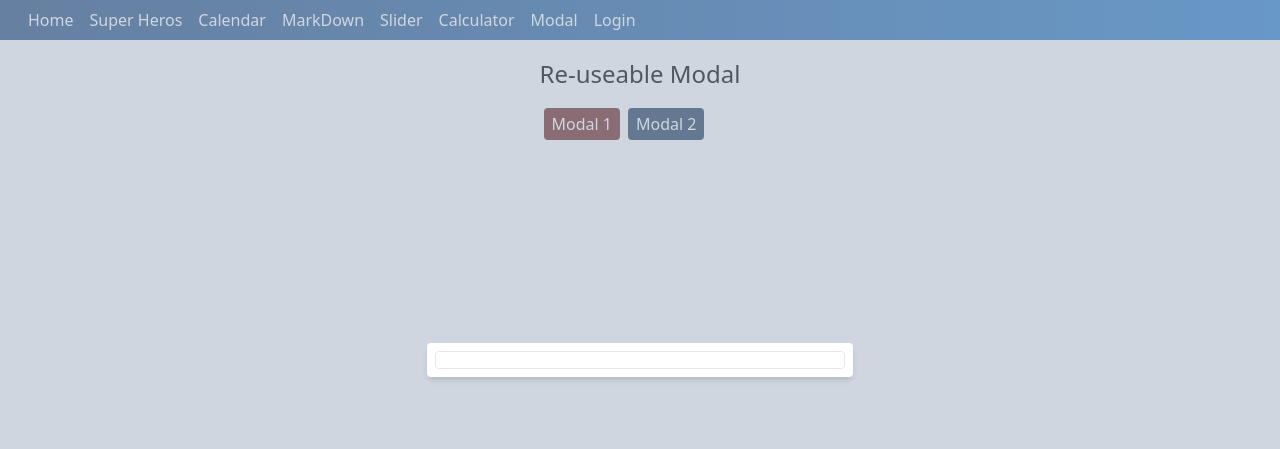
Repository: kshvkndl/VueFullCoursePractice
Page: /reusable-modal, after clicking the first element matching `button.bg-red-900`
An editor plug-in stored every save of this project. The page is shown before and after the next save, followed by the edit.
The browser window is 1280 px wide. The pictures show the whole page.
The project was rebuilt for these pictures with package versions that can differ from the ones it lists, and the page was loaded fresh each time. Also part of the build but not shown: src/components/login/GoogleLogin.vue, src/components/LoginModal.vue, src/pages/SuperHeros.vue, src/pages/Calender.vue, src/pages/Home.vue, src/utilities/mixins/debounce.js, src/pages/MarkDown.vue, src/pages/Slider.vue and 1 more.

Above is the page before, as saved 2020-11-25 08:37:39.

After the next save:
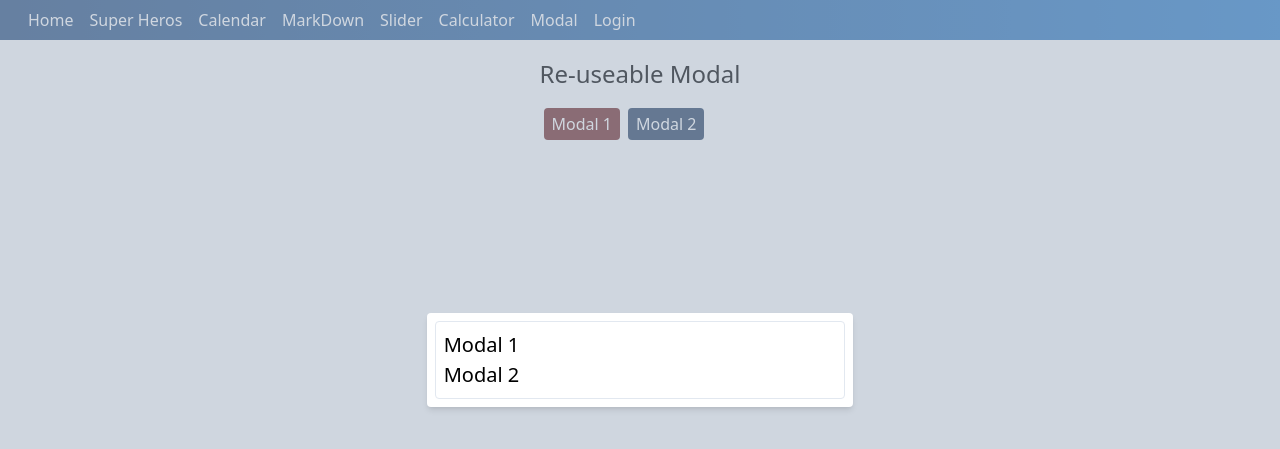
Saved 55 s later.
--- a/src/components/Modal.vue
+++ b/src/components/Modal.vue
@@ -7,7 +7,12 @@
     <div class="flex h-full">
       <div class="z-20 m-auto bg-white p-2 rounded shadow-md w-1/3">
         <div class="p-2 border rounded">
-          <slot> </slot>
+          <h1 class="text-2xl">
+            <slot name="title"> </slot>
+          </h1>
+          <main>
+            <slot name="body"> </slot>
+          </main>
         </div>
       </div>
     </div>
